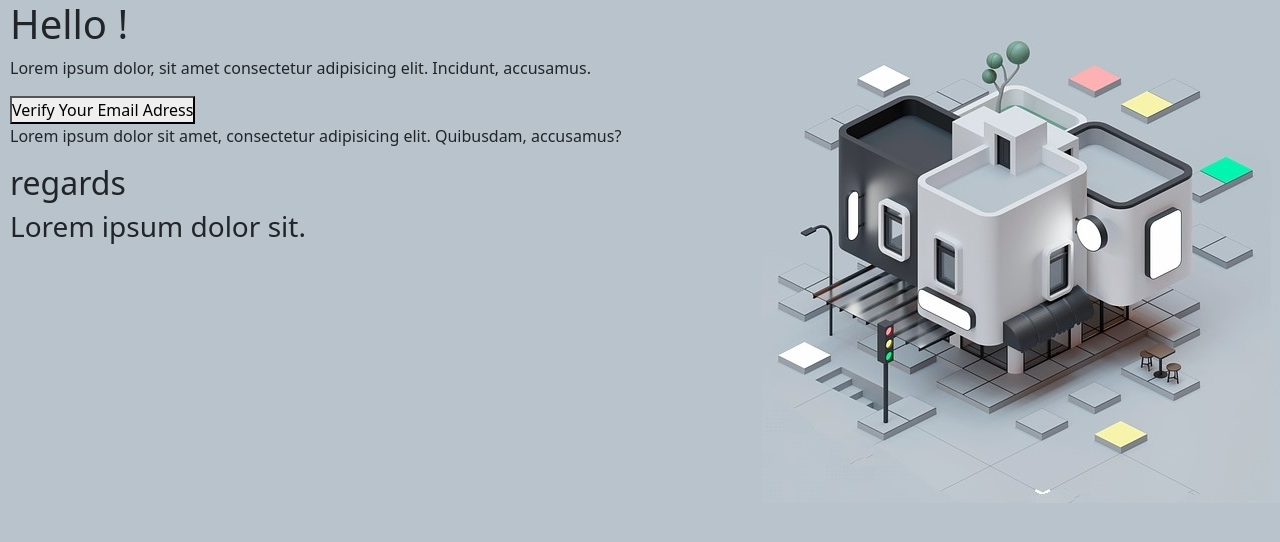
Repository: Aayush919/taskui
Page: index.html
An editor plug-in stored every save of this project. The page is shown before and after a run of saves, followed by the edit.
The browser window is 1280 px wide. The pictures show the whole page.

Above is the page before, as saved 2024-01-12 12:45:05.

### index.html
<!doctype html>
<html lang="en">

<head>
    <meta charset="utf-8">
    <meta name="viewport" content="width=device-width, initial-scale=1">
    <title>Bootstrap demo</title>
    <link href="https://cdn.jsdelivr.net/npm/bootstrap@5.3.2/dist/css/bootstrap.min.css" rel="stylesheet"
        integrity="sha384-T3c6CoIi6uLrA9TneNEoa7RxnatzjcDSCmG1MXxSR1GAsXEV/Dwwykc2MPK8M2HN" crossorigin="anonymous">
        <link rel="stylesheet" href="style.css">
</head>

<body>



    <div class="custom-bg">
        <div class="right">
          <div class="top">
            <h1>Hello !</h1>
            <p>Lorem ipsum dolor, sit amet consectetur adipisicing elit. Incidunt, accusamus.</p>
            <button>Verify Your Email Adress</button>
            <p>Lorem ipsum dolor sit amet, consectetur adipisicing elit. Quibusdam, accusamus?</p>
            <h2>regards</h2>
            <h3>Lorem ipsum dolor sit.</h3>
          </div>
        </div>
        <div class="left">
            <img src="./bg.jpg" alt="" class="img-fluid">
        </div>
    </div>

    <script src="https://cdn.jsdelivr.net/npm/bootstrap@5.3.2/dist/js/bootstrap.bundle.min.js"
        integrity="sha384-C6RzsynM9kWDrMNeT87bh95OGNyZPhcTNXj1NW7RuBCsyN/o0jlpcV8Qyq46cDfL"
        crossorigin="anonymous"></script>
</body>

</html>

<!-- -->

### style.css
*{
margin: 0;
padding: 0;
box-sizing: border-box;
}


html,body{
    height: 100%;
    width: 100%;

}

.custom-bg{
    background-color:#B9C3CC;
    height: 100%;
    width: 100%;
    display: flex;
    justify-content: space-between;


}

@media(max-width:667px){
    .custom-bg{
        flex-direction: column;
    }

}


.custom-bg .left img{
    right: 0px;

}



.right .top{
        margin-top: 1o;
        margin-left: 10px;
}

After the next 2 saves:
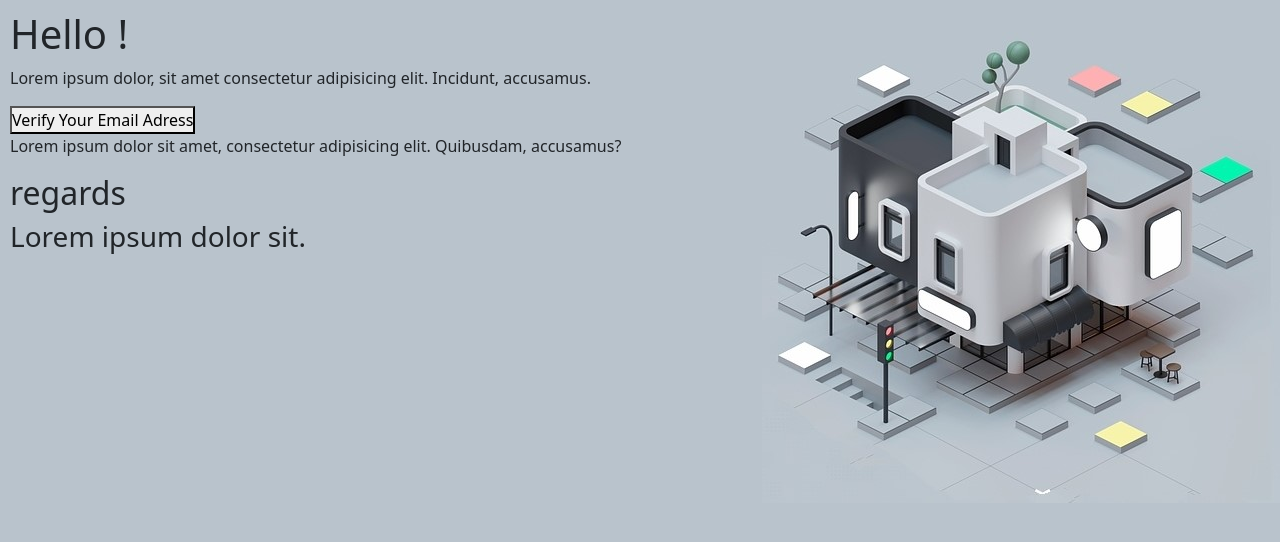
The 2 saves are shown as one change because they came seconds apart.
The last was saved 6 s later.
--- a/style.css
+++ b/style.css
@@ -37,6 +37,6 @@ html,body{
 
 
 .right .top{
-        margin-top: 1o;
+        margin-top: 10px;
         margin-left: 10px;
 }
